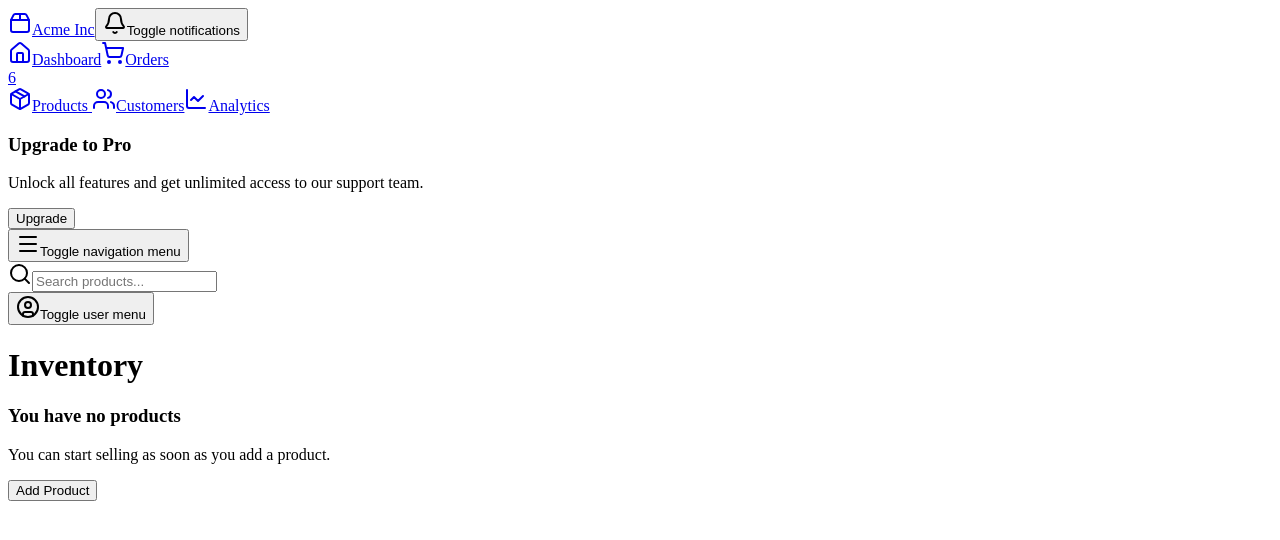
Repository: jeffMauritius/digisign-poc
Page: /
These files come from the project's save history. The page is drawn as it stood at one moment and after the next save; the edit follows.
The browser window is 1280 px wide. The pictures show the whole page.
The project was rebuilt for these pictures with package versions that can differ from the ones it lists, and the page was loaded fresh each time. The framework's server and built-in components were replaced by stand-ins that run in the browser. Also part of the build but not shown: next.config.js, next.config.mjs.

Above is the page before, as saved 2024-09-05 19:46:10.

After the next save:
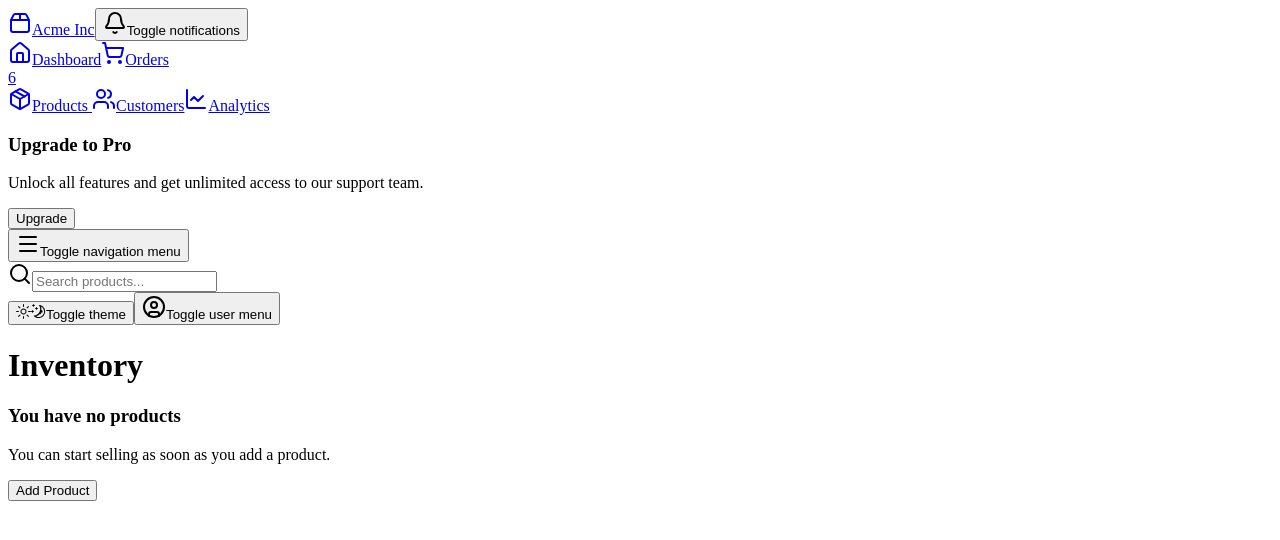
Saved 2 min 17 s later.
--- a/app/page.tsx
+++ b/app/page.tsx
@@ -31,6 +31,7 @@ import {
 } from "@/components/ui/dropdown-menu";
 import { Input } from "@/components/ui/input";
 import { Sheet, SheetContent, SheetTrigger } from "@/components/ui/sheet";
+import { ModeToggle } from "@/components/toggle-button";
 
 export const description =
   "A products dashboard with a sidebar navigation and a main content area. The dashboard has a header with a search input and a user menu. The sidebar has a logo, navigation links, and a card with a call to action. The main content area shows an empty state with a call to action.";
@@ -201,6 +202,7 @@ const Dashboard = () => {
               </div>
             </form>
           </div>
+          <ModeToggle />
           <DropdownMenu>
             <DropdownMenuTrigger asChild>
               <Button variant="secondary" size="icon" className="rounded-full">
